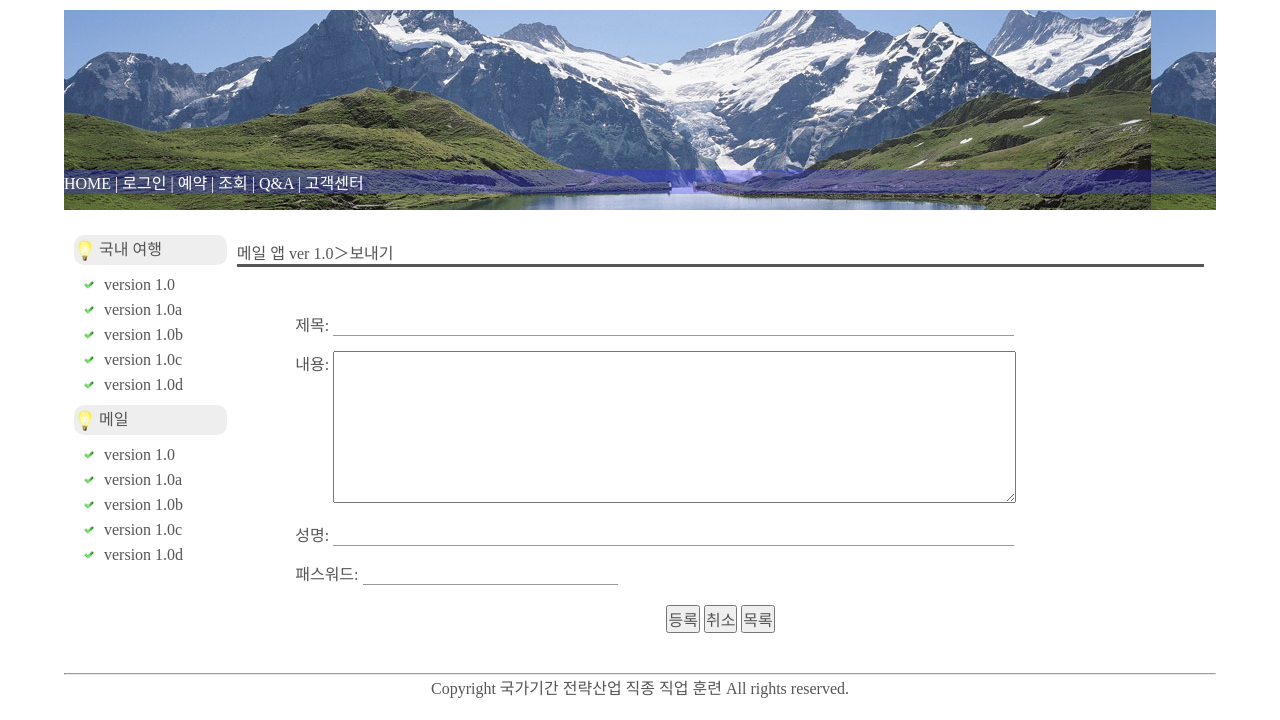
Repository: jangky000/ai_web
Page: http://localhost/blog_v2jc/mail_app/create_form.jsp
The author's editor kept a copy of each file at every save. The page is drawn from the files as they stood at one save, then again after the next save.
The browser window is 1280 px wide. The pictures show the whole page.
The page is served by Tomcat 9. Other server files are loaded and not shown.

Above is the page before, as saved 2020-03-27 06:37:39.

### ws__frame/blog_v2jc/WebContent/mail_app/create_form.jsp
<%@ page contentType="text/html; charset=UTF-8" %>

<%
request.setCharacterEncoding("utf-8");
String root = request.getContextPath();
%>

<!DOCTYPE html>
<html lang="ko">
<head>
<meta charset="UTF-8">
<title>메일 앱</title>
<link href="<%=root%>/css/style.css" rel="Stylesheet" type="text/css">
</head>
<body>
<jsp:include page="/menu/top.jsp" flush='false' />
  <div class="title_line">메일 앱 ver 1.0＞보내기</div>
  <form name='frm' action='./create_proc.jsp' method='POST'>
    <fieldset class="fieldset_basic">
      <!-- <legend class="legend_basic">공지사항 등록</legend> -->
      <ul>
        <li class="li_none">
          <label>제목: </label>
          <input class="input_basic" type="text" name="title" style="width: 80%;" autofocus="autofocus">
        </li>
        <li class="li_none">
          <label style="vertical-align: top;">내용: </label>
          <textarea name="content" style="width: 80%; height: 150px;"></textarea>
        </li>
        <li class="li_none">
          <label>성명: </label>
          <input class="input_basic" type="text" name="rname" style="width: 80%;">
        </li>
        <li class="li_none">
          <label>패스워드: </label>
          <input class="input_basic" type="password" name="passwd" style="width: 30%;">
        </li>
      </ul>
      <div class ="bottom_menu">
        <button type="submit">등록</button>
        <button type="button" onclick="location.href = './list.jsp'">취소</button>
        <button type="button" onclick="location.href = './list.jsp'">목록</button>
      </div>
    </fieldset>

  </form>

<jsp:include page="/menu/bottom.jsp" flush='false' />
</body>
</html>
</html>

### ws__frame/blog_v2jc/WebContent/menu/top.jsp
<%@ page contentType="text/html; charset=UTF-8" %>
<!-- jsp: include를 사용했기 때문에 root로 인한 충돌이 발생하지 않는다. -->
<% String root = request.getContextPath(); %>

<DIV class='container'>
  <DIV class='top_img'>
    <NAV class="top_menu">
      <a href="<%=root %>" class="menu_link">HOME</a> | 로그인 | 예약 | 조회 | Q&A | 고객센터
    </NAV>
  </DIV>

  <DIV style='margin-top: 10px;'> <!-- 좌측 메뉴 + 내용 시작 -->
    <DIV class='left_menu'> <!--  좌측 메뉴 시작 -->
      <div class="li_left_menu_1" >국내 여행</div>
      <UL>
         <!-- 모든 위치에서 동일한 주소를 찾아야하므로, 절대 경로로 설정 -->
        <LI class="li_left_menu_2"><a href="<%= request.getContextPath() %>/notice1/list.jsp">version 1.0</a></LI>
        <LI class="li_left_menu_2"><a href="<%= request.getContextPath() %>/notice1a/list.jsp">version 1.0a</a></LI>
        <LI class="li_left_menu_2"><a href="<%= request.getContextPath() %>/notice1b/list.jsp">version 1.0b</a></LI>
        <LI class="li_left_menu_2"><a href="<%= request.getContextPath() %>/notice1c/list.jsp">version 1.0c</a></LI>
        <LI class="li_left_menu_2"><a href="<%= request.getContextPath() %>/notice1d/list.jsp">version 1.0d</a></LI>
      </UL>
      <!-- br을 쓰는 것보다 margin으로 여백을 주는 것이 낫다 -->
      <div class="li_left_menu_1">메일</div>
      <UL>
        <LI class="li_left_menu_2"><a href="<%= request.getContextPath() %>/mail_app/list.jsp">version 1.0</a></LI>
        <LI class="li_left_menu_2"><a href="<%= request.getContextPath() %>/mail_app1a/list.jsp">version 1.0a</a></LI>
        <LI class="li_left_menu_2"><a href="<%= request.getContextPath() %>/mail_app1b/list.jsp">version 1.0b</a></LI>
        <LI class="li_left_menu_2"><a href="<%= request.getContextPath() %>/mail_app1c/list.jsp">version 1.0c</a></LI>
        <LI class="li_left_menu_2"><a href="<%= request.getContextPath() %>/mail_app1d/list.jsp">version 1.0d</a></LI>
      </UL>

    </DIV>  <!--  좌측 메뉴 종료 -->

    <DIV class='content_body'> <!--  내용 시작 -->

### ws__frame/blog_v2jc/WebContent/menu/bottom.jsp
<%@ page contentType="text/html; charset=UTF-8" %>

    </DIV> <!-- 내용 종료 -->
  </DIV> <!-- 좌측 메뉴 + 내용 종료 -->

  <!-- 화면 하단 메뉴 -->
  <DIV class='copyright'>
    <HR>
    Copyright 국가기간 전략산업 직종 직업 훈련 All rights reserved.
  </DIV>

</DIV> <!-- 컨테이너 종료 -->

### ws__frame/blog_v2jc/WebContent/css/style.css
/* ver 0.2 */
/* 모든 태그에 적용 */
  *{
     font-family: Malgun Gothic;
     font-size: 16px;
     margin: 0px;  /* top right bottom left */
     padding: 0px;
     color: #555555;
  }

  .container {
    width: 90%;
    margin: 10px auto;
  }

  /*
  이미지 경로 지정
  권장하지 않는 방법(절대경로): background-image: url('/blog_v2jc/css/images/top_image.jpg');
  권장하는 방법(상대경로): background-image: url('./images/top_image.jpg');
  style.css 파일이 include(link)되는 폴더를 현재 폴더로 인식함
  /blog_v2jc/css/style.css에서 사용
  /blog_v2jc/css/images/top_image.jpg 인식
   */
  .top_img {
    width: 100%;
    height: 200px;
    /* background-image: url('/blog_v2jc/menu/images/top_image.jpg'); */
    background-image: url('./images/top_image.jpg');
  }

  .top_menu {
    position: relative;  /* 부모 태그 기준 화면 상단 기준 */
    top: 80%;
    /* left: 2px;  */
    background-color: rgba(50, 50, 255, 0.3);
    color: white;
  }

  .left_menu {
    width: 15%;
    float: left;
  }

  .content_body {
    width: 84%;
    float: left;
  }

  .content_bottom {

  }

  .bottom_menu {
    text-align: center;
    margin: 20px auto;
    clear: both;
  }

  .copyright {
    text-align: center;
    margin: 20px auto; /* 블럭 가운데 정렬 */
    clear: both; /*  float: left; 해제 float 효과를 제거 */
  }

  .li_warning{/* 경고 메시지 */
    list-style: none;
    margin: 15px 10px;
    color: #ff6600;
  }

  .li_error{ /* 에러 메시지 */
    list-style: none;
    margin: 15px 10px;
    color: #FF0000;
  }

  .li_none{
    list-style: none;
    margin: 15px 10px;
  }

  .fieldset_basic{
    width:90%;
    margin:10px auto;
    border-top: none;
    border-right: none;
    border-bottom: none;
    border-left: none;
    padding: 10px;
  }

  .legend_basic{
    margin-left:30px;
    border:solid 1px #999999;
    background-color: #A6C2FF;
    color:#FFFFFF;
  }

  input:focus {outline:none;}
  .input_basic{
    border-top: none;
    border-right: none;
    border-bottom: solid 1px #999999;
    border-left: none;
  }

  .title_line{
    text-align:left;
    /* text-decoration: underline; */
    border-bottom: solid 3px #555555;
    width: 100%;
    margin: 20px auto;

  }

  .sub_menu{
    text-align: right;
    width: 100%;
  }

  .table_basic{
    border-collapse: collapse; /* 셀 합치기 */
    margin: 2px auto;
    width: 100%;
  }

  /*
    1em 기본값: 16px, 주변 태그의 글자 크기를 1em으로 인식
    div 태그가 20px일 경우 자식 태그가 0.5em이면 최종적으로 10px이 적용됨.
  */
  .th_basic{
    font-size: 0.8em;
    border-bottom: solid 1px #999999;
  }

  .td_basic{
    background-color: #ffffff;

    border-top: none;
    border-right: none;
    border-bottom: solid 1px #dddddd;
    border-left: none;

    text-align: center;
  }

  .td_left{
    background-color: #ffffff;

    border-top: none;
    border-right: none;
    border-bottom: solid 1px #dddddd;
    border-left: none;

    text-align: left;
  }

  A:link{  /* 방문전 상태 */
    text-decoration: none; /* 밑줄 삭제 */
    color: #555555;
  }

  A:visited{  /* 방문후 상태 */
    text-decoration: none; /* 밑줄 삭제 */
    color: #555555;
  }

  A:hover{  /* A 태그에 마우스가 올라간 상태 */
    text-decoration: underline; /* 밑줄 출력 */
    color: #7777FF;
  }

  A:active{  /* A 태그를 클릭한 상태 */
    text-decoration: underline; /* 밑줄 출력 */
    color: #7777FF;
  }

  /* top menu */
  .menu_link:link{  /* 방문전 상태 */
    text-decoration: none; /* 밑줄 삭제 */
    color: white;
  }

  .menu_link:visited{  /* 방문후 상태 */
    text-decoration: none; /* 밑줄 삭제 */
    color: white;
  }

  .menu_link:hover{  /* A 태그에 마우스가 올라간 상태 */
    text-decoration: underline; /* 밑줄 출력 */
    color: white;
    /* font-weight: bold; */
  }

  .menu_link:active{  /* A 태그를 클릭한 상태 */
    text-decoration: underline; /* 밑줄 출력 */
    color: white;
  }

  .content_title{
    border-top: none;
    border-right: none;
    border-bottom: solid 1px #999999;
    border-left: none;

    margin-bottom: 20px;
  }

  .content_bottom{
    border-top: none;
    border-right: none;
    border-bottom: none;
    border-left: none;
    margin: 20px 0;
    text-align: right;
    font-size: 0.8em;
  }

  .li_left_menu_1{/* 화면 좌측 대분류 */
    list-style: none;
    margin: 15px 10px;
    background: url(./images/li_left_menu_1.png) left center no-repeat; /* url 왼쪽 중간 반복x */
    background-color:#eeeeee;
    border-radius:10px;
    background-size: 22px;
    padding-left: 25px;
    line-height: 30px;
  }

  .li_left_menu_2{/* 화면 좌측 중분류 */
    list-style: none;
    margin: 15px 10px;
    background: url(./images/li_left_menu_2.png) left center no-repeat; /* url 왼쪽 중간 반복x */
    background-size: 10px;
    margin-left: 20px;
    padding-left: 20px;
    line-height: 10px;
  }

After the next save:
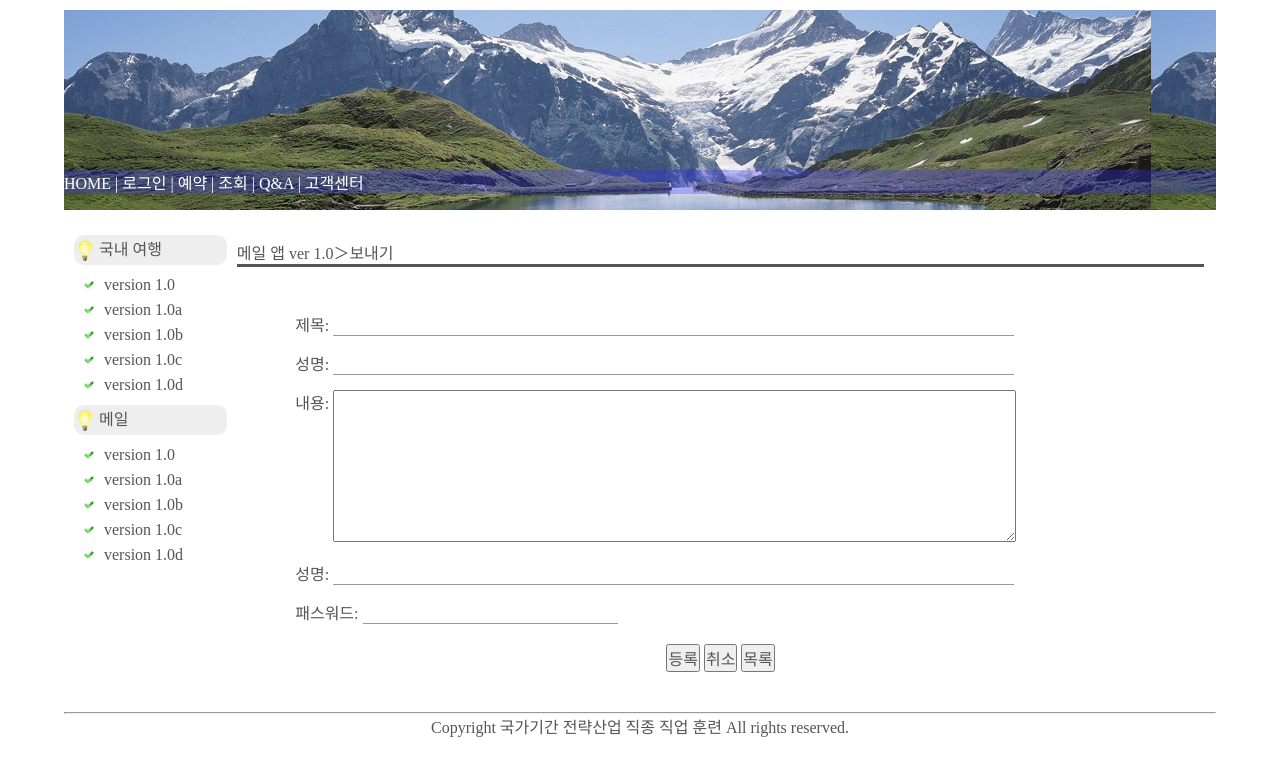
Saved 19 s later.
--- a/ws__frame/blog_v2jc/WebContent/mail_app/create_form.jsp
+++ b/ws__frame/blog_v2jc/WebContent/mail_app/create_form.jsp
@@ -22,6 +22,10 @@ String root = request.getContextPath();
         <li class="li_none">
           <label>제목: </label>
           <input class="input_basic" type="text" name="title" style="width: 80%;" autofocus="autofocus">
+        </li>
+        <li class="li_none">
+          <label>성명: </label>
+          <input class="input_basic" type="text" name="rname" style="width: 80%;">
         </li>
         <li class="li_none">
           <label style="vertical-align: top;">내용: </label>
